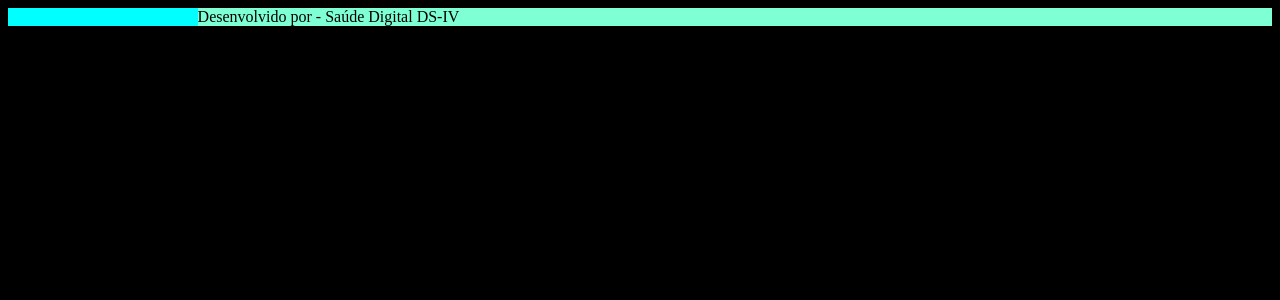
Repository: br-on/ddaf-chamados
Page: index.html
These files come from the project's save history. The page is drawn as it stood at one moment and after the next save; the edit follows.
The browser window is 1280 px wide. The pictures show the whole page.

Above is the page before, as saved 2025-01-19 20:23:04.

After the next save:
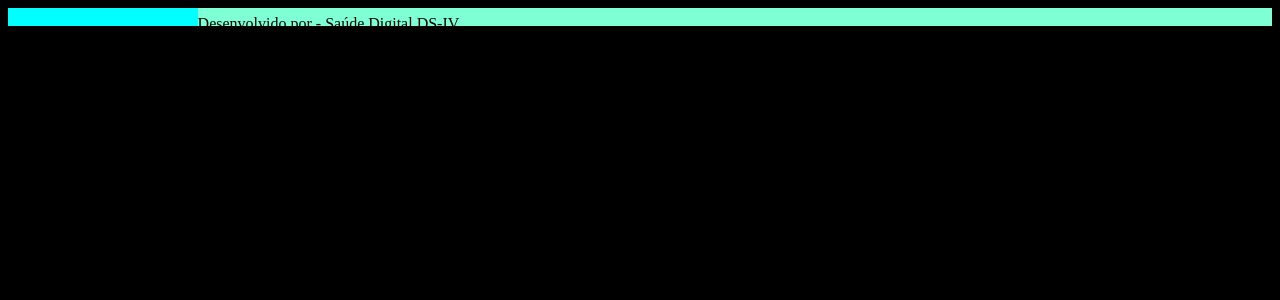
Saved 69 s later.
--- a/style.css
+++ b/style.css
@@ -10,3 +10,7 @@ main {
     width: 85%;
     background-color: aquamarine;
 }
+
+.tipos-demandas {
+    height: 40%;
+}
